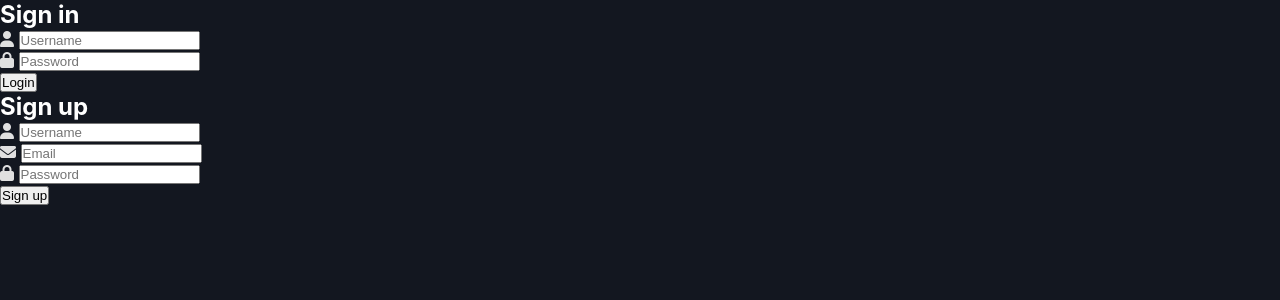
Repository: sarfaraz1611/NitteMovie.github.io
Page: login.html
These files come from the project's save history. The page is drawn as it stood at one moment and after the next save; the edit follows.
The browser window is 1280 px wide. The pictures show the whole page.
Some web libraries are served in a nearby version.

Above is the page before, as saved 2022-07-16 11:28:20.

### login.html
<!DOCTYPE html>
<html lang="en">

<head>
    <meta charset="UTF-8" />
    <meta name="viewport" content="width=device-width, initial-scale=1.0" />
    <script src="https://kit.fontawesome.com/64d58efce2.js" crossorigin="anonymous"></script>
    <link rel="stylesheet" href="./assets/css/main.css" />
    <title>nittemovies</title>
</head>

<body>
    <div class="container">

            <div class="signin-signup">
                <form action="" class="sign-in-form">
                    <h2 class="title">Sign in</h2>
                    <div class="input-field">
                        <i class="fas fa-user"></i>
                        <input type="text" placeholder="Username" />
                    </div>
                    <div class="input-field">
                        <i class="fas fa-lock"></i>
                        <input type="password" placeholder="Password" />
                    </div>
                    <input type="submit" value="Login" class="btn solid" />

                </form>

            </div>


        <div class="panels-container">
            <div class="panel left-panel">
                                   <form action="#" class="">
                        <h2 class="title">Sign up</h2>
                        <div class="input-field">
                            <i class="fas fa-user"></i>
                            <input type="text" placeholder="Username" />
                        </div>
                        <div class="input-field">
                            <i class="fas fa-envelope"></i>
                            <input type="email" placeholder="Email" />
                        </div>
                        <div class="input-field">
                            <i class="fas fa-lock"></i>
                            <input type="password" placeholder="Password" />
                        </div>
                        <input type="submit" class="btn" value="Sign up" />

                    </form>
                </div>
            </div>



    </div>


</body>

</html>

### assets/css/main.css
:root {
  --live-indicator-shadow: hsla(0, 79%, 63%, 0.5);
  --rich-black-fogra-30:   hsl(219, 32%, 10%);
  --rich-black-fogra-29:   hsl(222, 25%, 10%);
  --oxford-blue-50:        hsla(218, 39%, 14%, 0.8);
  --oxford-blue:           hsl(218, 39%, 14%);
  --light-azure:           hsl(214, 84%, 56%);
  --off-white:             hsl(0, 0%, 88%);
  --white:                 hsl(0, 0%, 100%);
  --azure:                 hsl(211, 100%, 50%);



  --ff-inter: "Inter", sans-serif;

  --section-heading: 40px;



  --px: 50px;

}
@media only screen and (max-width: 1026px) {
  .banner {
      display: none;
  }
}



* {
  margin: 0;
  padding: 0;
  transition: all 0.5s ease;
}

h1, h2, h3, h4, h5, h6 { color: var(--white); }

html { font-family: var(--ff-inter); }

body {
  background: var(--rich-black-fogra-29);
  color: var(--off-white);
}
img {
  display: block;
  width: 100%;
  height: 100%;
  object-fit: cover;
}
a {
  text-decoration: none;
  display: block;
  color: var(--off-white);
}

header, nav { background: var(--rich-black-fogra-29); }

.navbar,
.banner,
.movies,
.category {
  padding: 0 var(--px);
}









.navbar {
  height: 100px;
  display:         flex;
  justify-content: space-between;
  align-items:     center;
}

.navbar-brand{width:251px;}




nav { margin-right: 250px; }

.navbar-nav { display: flex; }

.navbar-nav li{ margin-right: 60px; }

.navbar-link {
  font-size: var(--fs-sm);
  font-weight: var(--fw-5);
}

.navbar-link:hover { color: var(--light-azure); }




/* .navbar-signin {
  display:     flex;
  align-items: center;
  font-size: var(--fs-sm);
}



.navbar-signin:hover span { color: var(--light-azure); } */


.banner { margin-bottom: 60px; }

.banner-card {
  position: relative;
  height: 400px;
  overflow: hidden;
  border-radius: 20px;
  cursor: pointer;
}


.banner-img { object-position: top; }

.banner-card:hover .banner-img { transform: scale(1.1); }

.banner-card .card-content {
  position: absolute;
  right:  80px;
  bottom: 60px;
  left:   80px;
}

.banner-card .card-info {
  display:     flex;
  align-items: center;
  margin-bottom: 20px;
}

.banner-card .card-info div {
  display:     flex;
  align-items: center;
  margin-right: 20px;
}






.banner-card .card-title {
  font-size: 3em;
  color: var(--white);
  text-shadow: 2px 0 2px #0007;
}





.movies { margin-bottom: 60px; }








.movies-grid {
  display: grid;
  grid-template-columns: repeat(auto-fill, minmax(140px, 1fr));
  gap: 30px;
  margin-bottom: 60px;
}






.movie-card .card-head {
  position: relative;
  height: 250px;
  border-radius: 15px;
  margin-bottom: 15px;
  overflow: hidden;
}




.movie-card:hover .card-img { transform: scale(1.1); }





.movie-card .card-title {
  font-size: var(--fs-md);
  font-weight: var(--fw-5);
  margin-bottom: 5px;
}



.movie-card:hover .card-title { color: var(--light-azure); }




.movie-card .genre { margin-right: 8px; }
.play-card{
  padding-left:50px;
  padding-right:50px;
}








.category { margin-bottom: 60px; }

.category-grid {
  margin-top:25px;
  display: grid;
  grid-template-columns: repeat(4, 1fr);
  gap: 30px;
}

.category-card {
  position: relative;
  height: 150px;
  border-radius: 20px;
  overflow: hidden;
  cursor: pointer;
}



.category-card:hover .card-img { transform: scale(1.1); }

.category-card .name,
.category-card .total {
  position: absolute;
  bottom: 20px;
  color: var(--white);
  z-index: 20;
}

.category-card .name {
  left: 20px;
  font-size: 20px;
}



.category-card:hover .name { color: var(--light-azure); }



// login styles


/*
.containers {
  position: relative;
  width: 100%;

  min-height: 100vh;
  overflow: hidden;
}



 .signin-signup {
  position: absolute;
  top: 50%;
  transform: translate(-50%, -50%);
  left: 75%;
  width: 50%;
  transition: 1s 0.7s ease-in-out;
  display: grid;
  grid-template-columns: 1fr;
  z-index: 5;
}
form {
  display: flex;
  align-items: center;
  justify-content: center;
  flex-direction: column;
  padding: 0rem 5rem;
  transition: all 0.2s 0.7s;
  overflow: hidden;
  grid-column: 1 / 2;
  grid-row: 1 / 2;
}



.title {
  font-size: 2.2rem;
  color: #444;
  margin-bottom: 10px;
}

.input-field {
  max-width: 380px;
  width: 100%;
  background-color: #f0f0f0;
  margin: 10px 0;
  height: 55px;
  border-radius: 55px;
  display: grid;
  grid-template-columns: 15% 85%;
  padding: 0 0.4rem;
  position: relative;
}

.input-field i {
  text-align: center;
  line-height: 55px;
  color: #acacac;
  transition: 0.5s;
  font-size: 1.1rem;
}

.input-field input {
  background: none;
  outline: none;
  border: none;
  line-height: 1;
  font-weight: 600;
  font-size: 1.1rem;
  color: #333;
}

.input-field input::placeholder {
  color: #aaa;
  font-weight: 500;
}







.btn {
  width: 150px;
  background-color: #5995fd;
  border: none;
  height: 49px;
  border-radius: 49px;
  color: #fff;
  text-transform: uppercase;
  font-weight: 600;
  margin: 10px 0;
  cursor: pointer;
  transition: 0.5s;
}

.btn:hover {
  background-color: #4d84e2;
}

.panels-container {
  position: absolute;
  height: 100%;
  width: 100%;
  top: 0;
  left: 0;
  display: grid;
  grid-template-columns: repeat(2, 1fr);
}




.panel {
  display: flex;
  flex-direction: column;
  align-items: flex-end;
  justify-content: space-around;
  text-align: center;
  z-index: 3;
  padding: 3rem 17% 2rem 12%;
} */ */

.signin-signup{

}

.sign-in-form{

}
.title{

}
.input-field{
  max-width:250px;
}

After the next save:
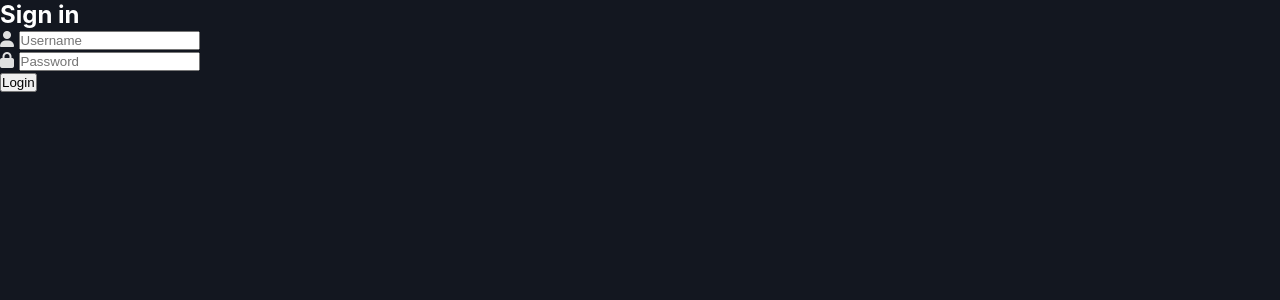
Saved 13 min 22 s later.
--- a/login.html
+++ b/login.html
@@ -30,7 +30,7 @@
             </div>
 
 
-        <div class="panels-container">
+        <!-- <div class="panels-container">
             <div class="panel left-panel">
                                    <form action="#" class="">
                         <h2 class="title">Sign up</h2>
@@ -50,7 +50,7 @@
 
                     </form>
                 </div>
-            </div>
+            </div> -->
 
 
 
